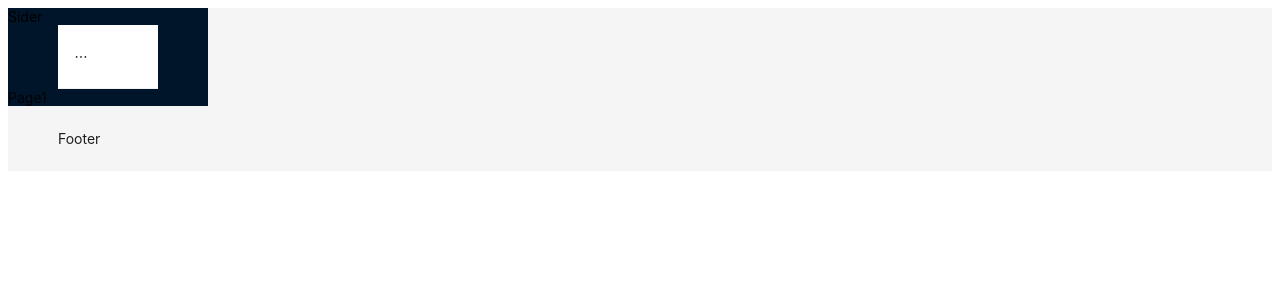
Repository: BESTETURKMEN/e-commerce
Page: /#/
The author's editor kept a copy of each file at every save. The page is drawn from the files as they stood at one save, then again after a run of saves.
The browser window is 1280 px wide. The pictures show the whole page.
The project was rebuilt for these pictures with package versions that can differ from the ones it lists, and the page was loaded fresh each time. Also part of the build but not shown: webpack.config.js, src/layout/layout.scss, src/pages/page2.jsx, src/pages/page3.jsx.

Above is the page before, as saved 2023-08-21 09:57:09.

### public/index.html
<!DOCTYPE html>
<html lang="en">
  <head>
    <meta charset="utf-8" />

    <meta name="viewport" content="width=device-width, initial-scale=1" />
    <meta name="theme-color" content="#000000" />
    <meta
      name="description"
      content="Web site created using create-react-app"
    />
    <link rel="apple-touch-icn" href="" />

    <title>React App</title>
  </head>
  <body>
    <noscript>You need to enable JavaScript to run this app.</noscript>
    <div id="root"></div>
  </body>
</html>

### src/index.js
import React from "react";
import ReactDOM from "react-dom/client";

import { HashRouter } from "react-router-dom";

import reportWebVitals from "./reportWebVitals";
import RouteWrapper from "./config/routeWrapper";

const root = ReactDOM.createRoot(document.getElementById("root"));
root.render(
  <React.StrictMode>
    <HashRouter>
      <RouteWrapper />
    </HashRouter>
  </React.StrictMode>
);

// If you want to start measuring performance in your app, pass a function
// to log results (for example: reportWebVitals(console.log))
// or send to an analytics endpoint. Learn more: https://bit.ly/CRA-vitals
reportWebVitals();

### src/config/routeWrapper.jsx
import React from "react";
import { Route, Routes } from "react-router";

import Index from "../layout";
import Page1 from "../pages/page1";
import Page2 from "../pages/page2";
import Page3 from "../pages/page3";

export default function RouteWrapper() {
  return (
    <div>
      <Routes>
        <Route element={<Index />}>
          <Route path="/" element={<Page1 />} />
          <Route path="/Page2" element={<Page2 />} />
          <Route path="/Page3" element={<Page3 />} />
        </Route>
      </Routes>
    </div>
  );
}

### src/layout/index.jsx
import React from "react";
import { Outlet } from "react-router";
import { Layout } from "antd";

import Footer from "./footer";
import Header from "./header";

import "./layout.scss";
import Sider from "./sider";
export default function Index() {
  return (
    <div>
      <Layout>
        <Layout.Sider>
          <Sider />
          <Layout.Header>
            <Header />
          </Layout.Header>
          <Layout.Content className="content">
            <Outlet />
          </Layout.Content>
          <Layout.Footer>
            <Footer />
          </Layout.Footer>
        </Layout.Sider>
      </Layout>
    </div>
  );
}

### src/pages/page1.jsx
import React from "react";

export default function Page1() {
  return <div>Page1</div>;
}

### src/layout/header.jsx
import { Menu } from "antd";
import React from "react";
import { Link } from "react-router-dom";
import "./layout.scss";

export default function Header() {
  const menu = [
    {
      key: "1",
      label: "Page1",
      path: "/",
    },
    {
      key: "2",
      label: "Page2",
      path: "/Page2",
    },
    {
      key: "3",
      label: "Page3",
      path: "/Page3",
    },
  ];
  return (
    <div>
      <div className="menuLine">
        <Menu mode="horizontal">
          {menu.map((item) => (
            <Menu.Item key={item.key}>
              <Link to={item.path}>{item.label}</Link>
            </Menu.Item>
          ))}
        </Menu>
      </div>
    </div>
  );
}

### src/layout/sider.jsx
import React from "react";

export default function Sider() {
  return <div>Sider</div>;
}

Loaded but not shown: src/reportWebVitals.js (common file); src/layout/footer.jsx (common file)

After the next 2 saves:
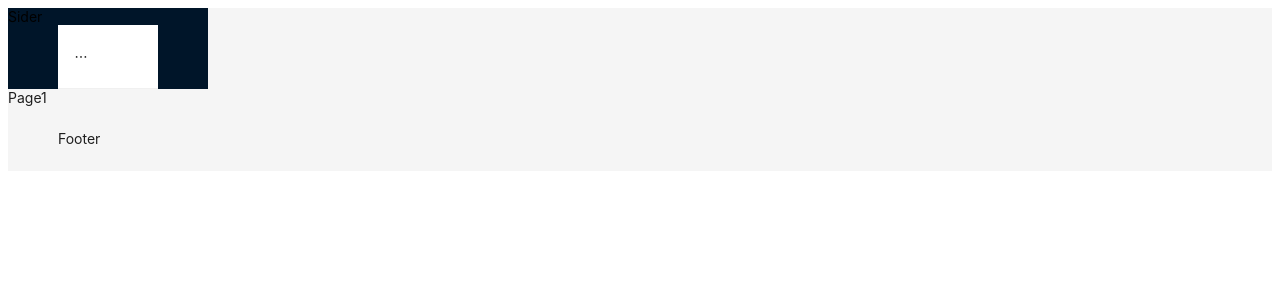
The 2 saves are shown as one change because they came seconds apart.
The last was saved 24 s later.
--- a/src/layout/index.jsx
+++ b/src/layout/index.jsx
@@ -13,15 +13,17 @@ export default function Index() {
       <Layout>
         <Layout.Sider>
           <Sider />
-          <Layout.Header>
-            <Header />
-          </Layout.Header>
-          <Layout.Content className="content">
-            <Outlet />
-          </Layout.Content>
-          <Layout.Footer>
-            <Footer />
-          </Layout.Footer>
+          <Layout>
+            <Layout.Header>
+              <Header />
+            </Layout.Header>
+            <Layout.Content className="content">
+              <Outlet />
+            </Layout.Content>
+            <Layout.Footer>
+              <Footer />
+            </Layout.Footer>
+          </Layout>
         </Layout.Sider>
       </Layout>
     </div>
